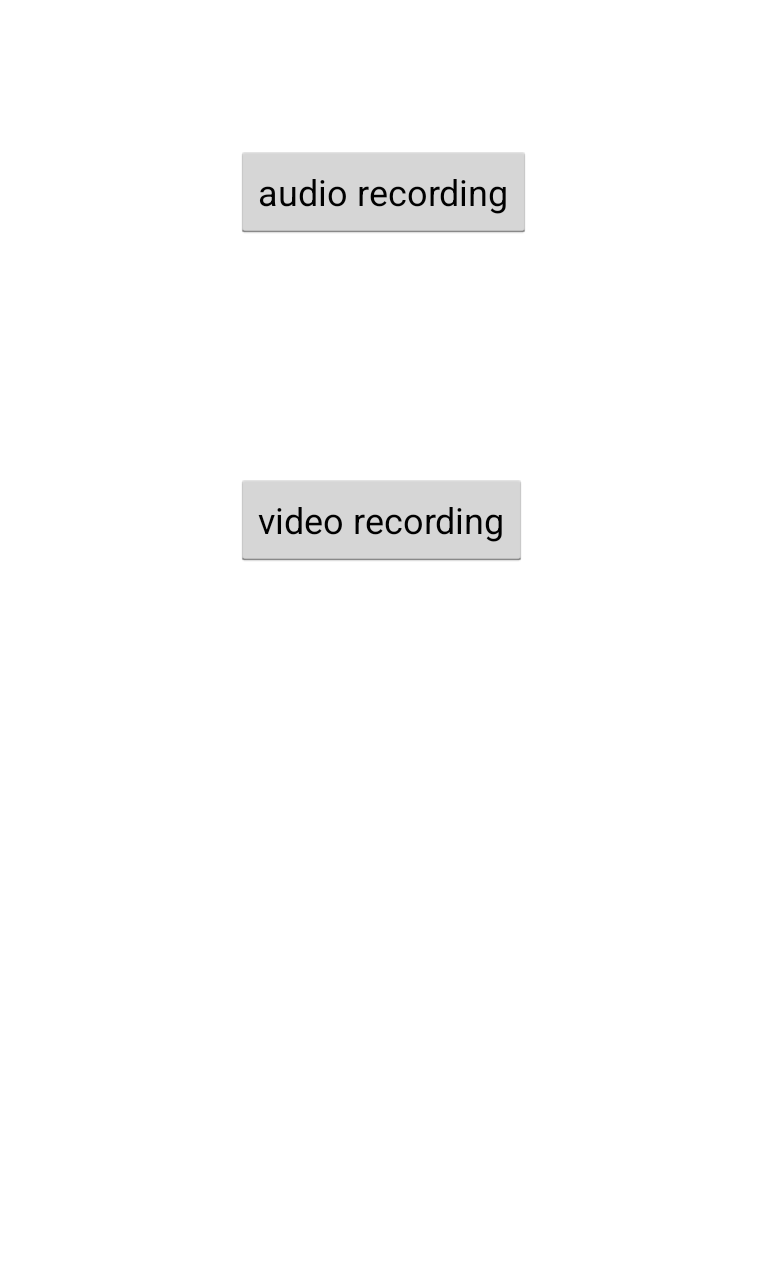
Repository: arjuntheprogrammer/iact
Layout: iact/iact android practice/mywork/audioVideoRecording/res/layout/activity_main.xml
The author's editor kept a copy of each file at every save. The layout is drawn from the files as they stood at one save, then again after the next save.
It is drawn on a 768 x 1280 px phone screen (xhdpi) without system bars, with theme AppTheme; the app's code is not run.

Above is the layout before, as saved 2016-01-02 07:03:05.

### iact/iact android practice/mywork/audioVideoRecording/res/layout/activity_main.xml
<RelativeLayout xmlns:android="http://schemas.android.com/apk/res/android"
    xmlns:tools="http://schemas.android.com/tools"
    android:layout_width="match_parent"
    android:layout_height="match_parent"
    android:paddingBottom="@dimen/activity_vertical_margin"
    android:paddingLeft="@dimen/activity_horizontal_margin"
    android:paddingRight="@dimen/activity_horizontal_margin"
    android:paddingTop="@dimen/activity_vertical_margin"
    tools:context=".MainActivity" >

    <Button
        android:id="@+id/button1"
        android:layout_width="wrap_content"
        android:layout_height="wrap_content"
        android:layout_alignParentTop="true"
        android:layout_centerHorizontal="true"
        android:layout_marginTop="56dp"
        android:text="audio recording" />

    <Button
        android:id="@+id/button2"
        android:layout_width="wrap_content"
        android:layout_height="wrap_content"
        android:layout_alignLeft="@+id/button1"
        android:layout_below="@+id/button1"
        android:layout_marginTop="116dp"
        android:text="video recording" />

</RelativeLayout>

Loaded but not shown: iact/iact android practice/mywork/audioVideoRecording/res/values/styles.xml (common file); iact/iact android practice/mywork/audioVideoRecording/res/values-v11/styles.xml (common file); iact/iact android practice/mywork/audioVideoRecording/res/values-v14/styles.xml (common file); iact/iact android practice/mywork/audioVideoRecording/res/values/dimens.xml (common file)

After the next save:
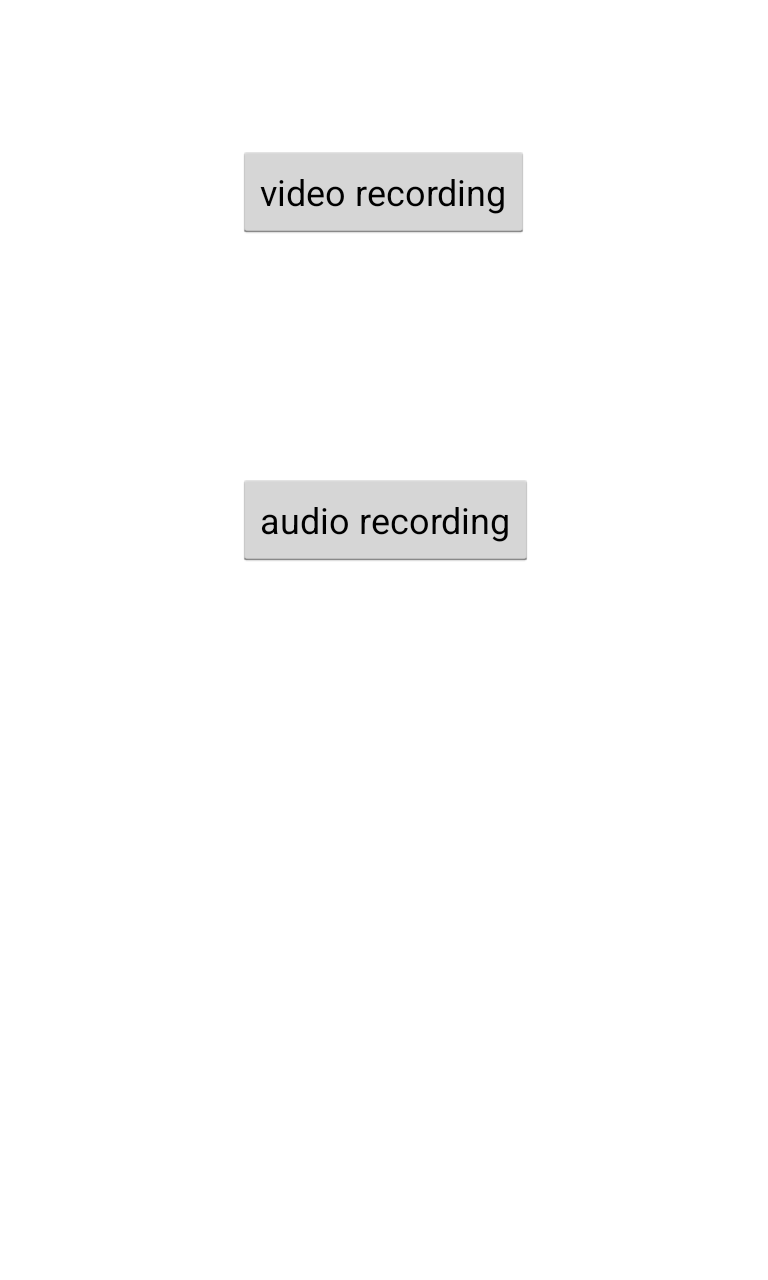
Saved 12 h 3 min later.
--- a/iact/iact android practice/mywork/audioVideoRecording/res/layout/activity_main.xml
+++ b/iact/iact android practice/mywork/audioVideoRecording/res/layout/activity_main.xml
@@ -15,7 +15,7 @@
         android:layout_alignParentTop="true"
         android:layout_centerHorizontal="true"
         android:layout_marginTop="56dp"
-        android:text="audio recording" />
+        android:text="video recording" />
 
     <Button
         android:id="@+id/button2"
@@ -24,6 +24,6 @@
         android:layout_alignLeft="@+id/button1"
         android:layout_below="@+id/button1"
         android:layout_marginTop="116dp"
-        android:text="video recording" />
+        android:text="audio recording" />
 
 </RelativeLayout>
